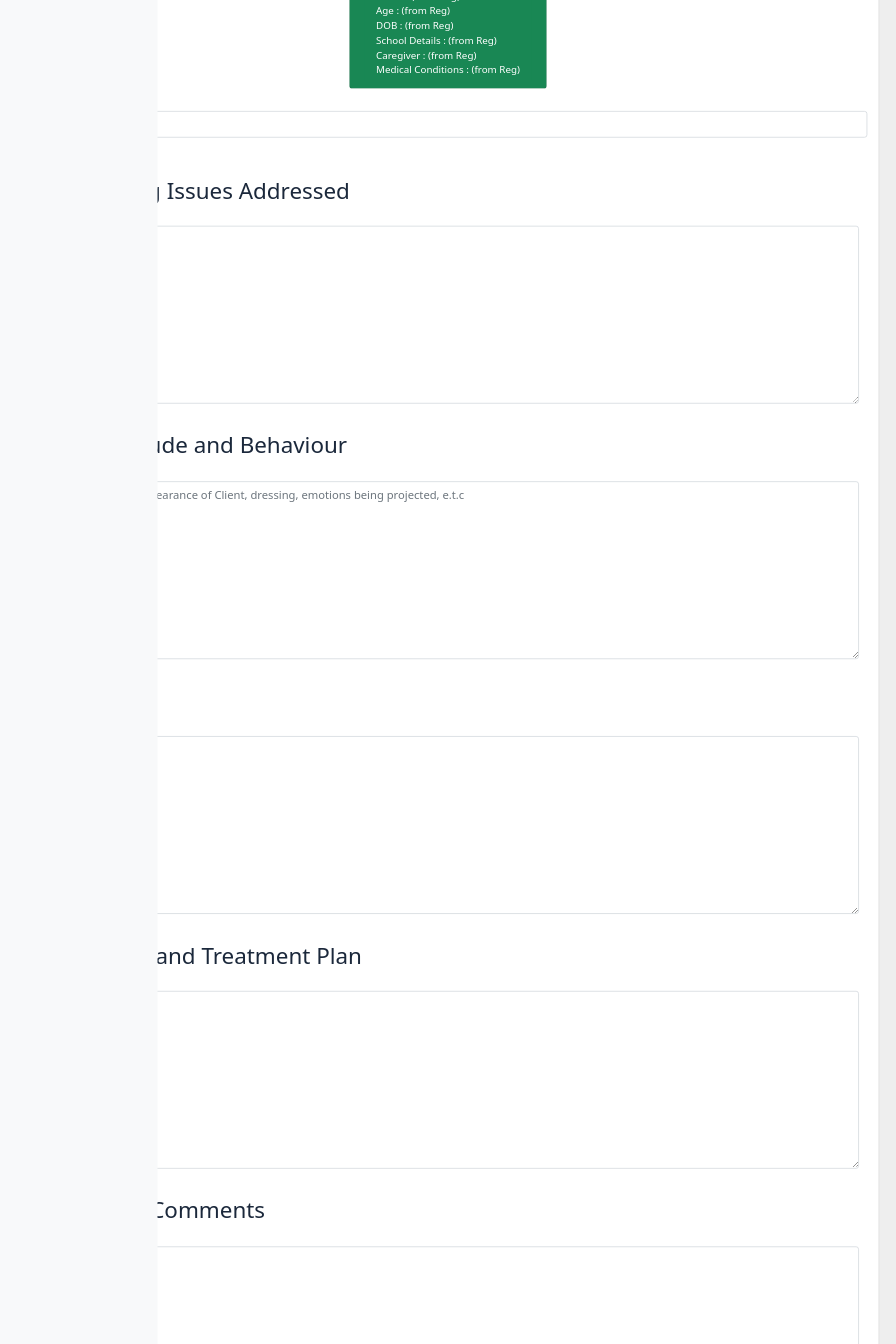
Repository: SRFtech/mis-designs
Page: counselling.html
The author's editor kept a copy of each file at every save. The page is drawn from the files as they stood at one save, then again after a run of saves.
The browser window is 1280 px wide. The pictures show the part of the page from y = 672 to 2592 px (the page is 3053 px tall before and 3045 px after), at 70% of full size.

Above is the page before, as saved 2022-04-10 22:24:02.

### counselling.html
<!DOCTYPE html>
<html lang="en">
    <head>
        <meta charset="utf-8" />
        <meta http-equiv="X-UA-Compatible" content="IE=edge" />
        <meta name="viewport" content="width=device-width, initial-scale=1, shrink-to-fit=no" />
        <meta name="description" content="" />
        <meta name="author" content="" />
        <title>Family Assessment SRF-MIS</title>
        <link href="css/styles.css" rel="stylesheet" />
        <script src="https://cdnjs.cloudflare.com/ajax/libs/font-awesome/5.15.3/js/all.min.js" crossorigin="anonymous"></script>
    </head>
    <body>
        <nav class="sb-topnav navbar navbar-expand navbar-light bg-light">
            <!-- Navbar Brand-->
            <a class="navbar-brand ps-3" href="index.html">
                <img src="/assets/img/logo.png"/>
            </a>
            <!-- Sidebar Toggle-->
            <button class="btn btn-link btn-sm order-1 order-lg-0 me-4 me-lg-0" id="sidebarToggle" href="#!"><i class="fas fa-bars"></i></button>
            <!-- Navbar Search-->
            <form class="d-none d-md-inline-block form-inline ms-auto me-0 me-md-3 my-2 my-md-0">
                <div class="input-group">
                    <input class="form-control" type="text" placeholder="Search for..." aria-label="Search for..." aria-describedby="btnNavbarSearch" />
                    <button class="btn btn-success" id="btnNavbarSearch" type="button"><i class="fas fa-search"></i></button>
                </div>
            </form>
            <!-- Navbar-->
            <ul class="navbar-nav ml-auto nav-flex-icons">
                <li class="nav-item avatar dropdown">
                    <a class="nav-link dropdown-toggle waves-effect waves-light" id="navbarDropdownMenuLink-5" role="button" data-bs-toggle="dropdown" data-toggle="dropdown" aria-haspopup="true" aria-expanded="true">
                    <span class="badge badge-danger ml-2">4</span>
                    <i class="fas fa-bell"></i>
                    </a>
                    <div class="dropdown-menu dropdown-menu-end dropdown-secondary" aria-labelledby="navbarDropdownMenuLink-5">
                        <a class="dropdown-item waves-effect waves-light" href="#">Messages <span class="badge badge-danger ml-2">4</span></a>
                        <a class="dropdown-item waves-effect waves-light" href="#">Counselling sessions due<span class="badge badge-danger ml-2">1</span></a>
                        <a class="dropdown-item waves-effect waves-light" href="#">Home visits due <span class="badge badge-danger ml-2">4</span></a>
                    </div>
                </li>
            </ul>
            <ul class="navbar-nav ms-auto ms-md-0 me-3 me-lg-4">
                <li class="nav-item dropdown">
                    <a class="nav-link dropdown-toggle" id="navbarDropdown" href="#" role="button" data-bs-toggle="dropdown" aria-expanded="false"><i class="fas fa-user fa-fw"></i></a>
                    <ul class="dropdown-menu dropdown-menu-end" aria-labelledby="navbarDropdown">
                        <li><a class="dropdown-item" href="#!">Settings</a></li>
                        <li><a class="dropdown-item" href="#!">Activity Log</a></li>
                        <li><hr class="dropdown-divider" /></li>
                        <li><a class="dropdown-item" href="#!">Logout</a></li>
                    </ul>
                </li>
            </ul>
        </nav>
        <div id="layoutSidenav">
            <div id="layoutSidenav_nav">
                <nav class="sb-sidenav accordion sb-sidenav-light" id="sidenavAccordion">
                    <div class="sb-sidenav-menu">
                        <div class="nav">
                            <div class="sb-sidenav-menu-heading">Core</div>
                            <a class="nav-link" href="index.html">
                                <div class="sb-nav-link-icon"><i class="fas fa-tachometer-alt"></i></div>
                                Dashboard
                            </a>
                            <div class="sb-sidenav-menu-heading">Interface</div>
                            <a class="nav-link collapsed" href="#" data-bs-toggle="collapse" data-bs-target="#collapsePages" aria-expanded="false" aria-controls="collapsePages">
                                <div class="sb-nav-link-icon"><i class="fas fa-book-open"></i></div>
                                Pages
                                <div class="sb-sidenav-collapse-arrow"><i class="fas fa-angle-down"></i></div>
                            </a>
                            <div class="collapse" id="collapsePages" aria-labelledby="headingTwo" data-bs-parent="#sidenavAccordion">
                                <nav class="sb-sidenav-menu-nested nav accordion" id="sidenavAccordionPages">
                                    <a class="nav-link collapsed" href="#" data-bs-toggle="collapse" data-bs-target="#pagesCollapseAuth" aria-expanded="false" aria-controls="pagesCollapseAuth">
                                        Authentication
                                        <div class="sb-sidenav-collapse-arrow"><i class="fas fa-angle-down"></i></div>
                                    </a>
                                    <div class="collapse" id="pagesCollapseAuth" aria-labelledby="headingOne" data-bs-parent="#sidenavAccordionPages">
                                        <nav class="sb-sidenav-menu-nested nav">
                                            <a class="nav-link" href="login.html">Login</a>
                                            <a class="nav-link" href="register.html">Register</a>
                                            <a class="nav-link" href="password.html">Forgot Password</a>
                                        </nav>
                                    </div>
                                    <a class="nav-link collapsed" href="#" data-bs-toggle="collapse" data-bs-target="#pagesCollapseError" aria-expanded="false" aria-controls="pagesCollapseError">
                                        Forms
                                        <div class="sb-sidenav-collapse-arrow"><i class="fas fa-angle-down"></i></div>
                                    </a>
                                    <div class="collapse" id="pagesCollapseError" aria-labelledby="headingOne" data-bs-parent="#sidenavAccordionPages">
                                        <nav class="sb-sidenav-menu-nested nav">
                                            <a class="nav-link" href="registration.html">Registration</a>
                                            <!-- <a class="nav-link" href="player-profile.html">Player profile</a> -->

                                        </nav>
                                    </div>
                                    <a class="nav-link collapsed" href="#" data-bs-toggle="collapse" data-bs-target="#pagesCollapseError" aria-expanded="false" aria-controls="pagesCollapseError">
                                        Error
                                        <div class="sb-sidenav-collapse-arrow"><i class="fas fa-angle-down"></i></div>
                                    </a>
                                    <div class="collapse" id="pagesCollapseError17" aria-labelledby="headingOne" data-bs-parent="#sidenavAccordionPages">
                                        <nav class="sb-sidenav-menu-nested nav">
                                            <a class="nav-link" href="401.html">401 Page</a>
                                            <a class="nav-link" href="404.html">404 Page</a>
                                            <a class="nav-link" href="500.html">500 Page</a>
                                        </nav>
                                    </div>
                                </nav>
                            </div>
                            <div class="sb-sidenav-menu-heading">Data View Options</div>
                            <a class="nav-link" href="charts.html">
                                <div class="sb-nav-link-icon"><i class="fas fa-chart-area"></i></div>
                                Charts
                            </a>
                            <a class="nav-link" href="tables.html">
                                <div class="sb-nav-link-icon"><i class="fas fa-table"></i></div>
                                Tables
                            </a>
                        </div>
                    </div>
                    <div class="sb-sidenav-footer">
                        <div class="small">Logged in as:</div>
                        Admin
                    </div>
                </nav>
            </div>
            <div id="layoutSidenav_content">
                <main>
                    <div class="container-fluid px-4">
                        <h1 class="mt-4">Family Assessment</h1>
                        <ol class="breadcrumb mb-4">
                            <li class="breadcrumb-item"><a href="index.html">Dashboard</a></li>
                            <li class="breadcrumb-item active">Family Assessment Form</li>
                        </ol>
                        <div class="card mb-4">
                            <div class="card-body">
                                <p class="mb-0">
                                    <ul class="nav nav-pills mb-3" id="pills-tab" role="tablist">
                                        <li class="nav-item">
                                            <a class="nav-link" id="pills-bio-data-tab" data-toggle="pill" href="registration.html" role="tab" aria-controls="pills-bio-data" aria-selected="false">Bio Data</a>
                                        </li>
                                        <li class="nav-item">
                                            <a class="nav-link" id="pills-visits-tab" data-toggle="pill" href="home-visits.html" role="tab" aria-controls="pills-home-visits" aria-selected="false">Home Visits</a>
                                        </li>
                                        <li class="nav-item">
                                            <a class="nav-link" id="pills-rugby-tab" data-toggle="pill" href="rugby.html" role="tab" aria-controls="pills-rugby" aria-selected="false">Rugby</a>
                                        </li>
                                        <li class="nav-item">
                                            <a class="nav-link" id="pills-education-tab" data-toggle="pill" href="education.html" role="tab" aria-controls="pills-education" aria-selected="false">Education</a>
                                        </li>
                                        <li class="nav-item">
                                            <a class="nav-link" id="life-skills.html-tab" data-toggle="pill" href="life-skills.html" role="tab" aria-controls="life-skills.html" aria-selected="false">Life Skills</a>
                                        </li>
                                        <li class="nav-item">
                                            <a class="nav-link active" id="pills-counselling-tab" data-toggle="pill" href="counselling.html" role="tab" aria-controls="pills-counselling" aria-selected="true">Counselling</a>
                                        </li>
                                        <li class="nav-item">
                                            <a class="nav-link" id="class8-visits-tab" data-toggle="pill" href="class8-visits.html" role="tab" aria-controls="class8-visits" aria-selected="false">Class 8 Visits</a>
                                        </li>
                                    </ul>
                                    <div class="tab-content" id="pills-tabContent">
                                        <div class="tab-pane fade show active" id="pills-bio-data" role="tabpanel" aria-labelledby="pills-bio-data-tab">
                                            <div class="form mt-5">
                                                <form>
                                                    <div class="form-group row pb-3">
                                                        <label for="date" class="col-sm-3 col-form-label">Date</label>
                                                        <div class="col-sm-4">
                                                            <input type="date" class="form-control" id="date" placeholder="">
                                                        </div>
                                                    </div>
                                                    <div class="form-group row pb-3">
                                                        <label for="date" class="col-sm-3 col-form-label">Time</label>
                                                        <div class="col-sm-4">
                                                            <input type="time" class="form-control" id="time" placeholder="">
                                                        </div>
                                                    </div>
                                                    <div class="row pb-2 pt-2 justify-content-center align-items-center">
                                                            <div class="col-xl-3 col-sm-6">
                                                                <div class="card bg-success text-white mb-2">
                                                                    <div class=" image d-flex flex-column justify-content-center align-items-center">
                                                                        <div class="card-body bg-success">Beneficiary K_234</div>
                                                                        <div class="card-body col-md-6 mb-4">
                                                                            <img class="rounded-circle"  alt="girl photo" src="/assets/img/girl-profile.png"/>
                                                                        </div>
                                                                        <div class="card-footer bg-success mb-2">
                                                                            <div class="small text-white" href="#">
                                                                                    Name : (from Reg) <br>
                                                                                    Age : (from Reg) <br>
                                                                                    DOB : (from Reg) <br>
                                                                                    School Details : (from Reg) <br>
                                                                                    Caregiver : (from Reg) <br>
                                                                                    Medical Conditions : (from Reg) <br>
                                                                            </div>
                                                                        </div>
                                                                    </div>
                                                                </div>
                                                            </div>
                                                            <div class="form-group pb-4">
                                                                <label for="formControlSelect2">Client</label>
                                                                <select class="form-control" id="formControlSelect2">
                                                                    <option>Father</option>
                                                                    <option>Mother</option>
                                                                    <option>Guardian</option>
                                                                </select>
                                                            </div>
                                                            <div class="row pb-2 pt-2">
                                                                <h2 class="mt-4">Counselling Issues Addressed</h2>
                                                                <div class="form-group">
                                                                    <label for="formControlTextarea1">Notes</label>
                                                                    <textarea class="form-control" id="formControlTextarea1" rows="10"></textarea>
                                                                </div>
                                                            </div>
                                                            <div class="row pb-2 pt-2">
                                                                <h2 class="mt-4">Client Attitude and Behaviour</h2>
                                                                <div class="form-group">
                                                                    <label for="formControlTextarea2">Notes</label>
                                                                    <textarea class="form-control" id="formControlTextarea2" rows="10" placeholder="Observe general appearance of Client, dressing, emotions being projected, e.t.c"></textarea>
                                                                </div>
                                                            </div>
                                                            <div class="row pb-2 pt-2">
                                                                <h2 class="mt-4">Challenges</h2>
                                                                <div class="form-group">
                                                                    <label for="formControlTextarea3">Notes</label>
                                                                    <textarea class="form-control" id="formControlTextarea3" rows="10"></textarea>
                                                                </div>
                                                            </div>
                                                            <div class="row pb-2 pt-2">
                                                                <h2 class="mt-4">Next Steps and Treatment Plan</h2>
                                                                <div class="form-group">
                                                                    <label for="formControlTextarea4">Notes</label>
                                                                    <textarea class="form-control" id="formControlTextarea4" rows="10"></textarea>
                                                                </div>
                                                            </div>
                                                            <div class="row pb-2 pt-2">
                                                                <h2 class="mt-4">Additional Comments</h2>
                                                                <div class="form-group">
                                                                    <label for="formControlTextarea5">Notes</label>
                                                                    <textarea class="form-control" id="formControlTextarea5" rows="10"></textarea>
                                                                </div>
                                                            </div>
                                                </form>
                                            </div>
                                        </div>
                                    </div>
                                </p>
                            </div>
                            <div class="card mb-4">
                                <div class="card-body">
                                    <div class="form-group row pb-3">
                                                            <label for="date" class="col-sm-3 col-form-label">Next Date</label>
                                                            <div class="col-sm-4">
                                                                <input type="date" class="form-control" id="date" placeholder="">
                                                            </div>
                                                        </div>
                                                        <div class="form-group row pb-3">
                                                            <label for="date" class="col-sm-3 col-form-label">Next Time</label>
                                                            <div class="col-sm-4">
                                                                <input type="time" class="form-control" id="time" placeholder="">
                                                            </div>
                                                        </div>
                                    <div class="form-group row pt-2">
                                        <div class="col-sm-10">
                                            <button type="submit" class="btn btn-success">Schedule Session</button>
                                        </div>
                                    </div>
                                </div>
                            </div>
                        </div>
                    </div>
                </main>
                <footer class="py-4 bg-light mt-auto">
                    <div class="container-fluid px-4">
                        <div class="d-flex align-items-center justify-content-between small">
                            <div class="text-muted">Copyright &copy; SRF 2022</div>
                            <div>
                                <a href="#">Privacy Policy</a>
                                &middot;
                                <a href="#">Terms &amp; Conditions</a>
                            </div>
                        </div>
                    </div>
                </footer>
            </div>
        </div>
        <script src="https://cdn.jsdelivr.net/npm/bootstrap@5.1.3/dist/js/bootstrap.bundle.min.js" crossorigin="anonymous"></script>
        <script src="js/scripts.js"></script>
    </body>
</html>

Loaded but not shown: css/styles.css (library); js/scripts.js (26 lines, source omitted)

After the next 2 saves:
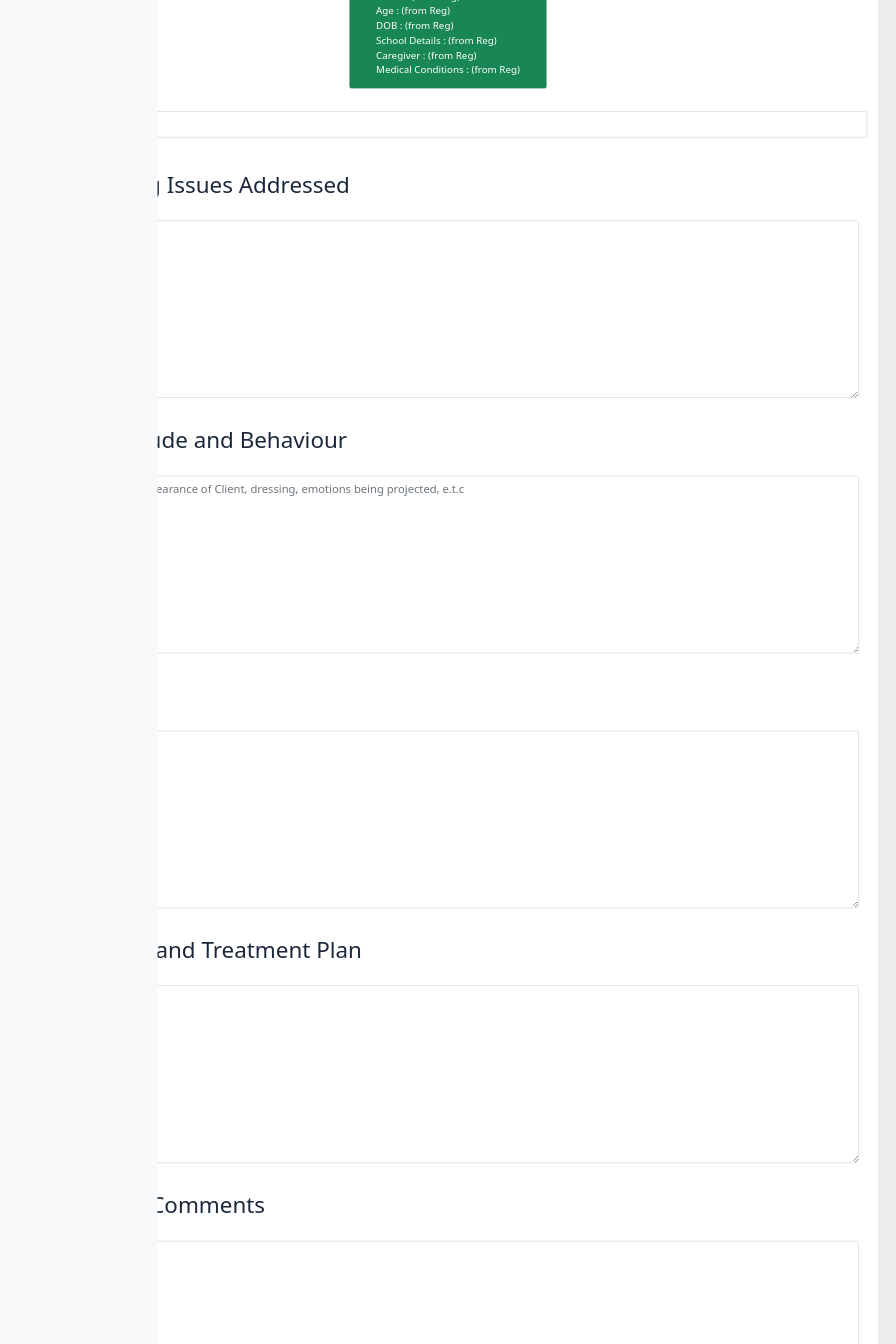
The 2 saves are shown as one change because they came seconds apart.
The last was saved 35 s later.
--- a/counselling.html
+++ b/counselling.html
@@ -192,7 +192,7 @@
                                                                     </div>
                                                                 </div>
                                                             </div>
-                                                            <div class="form-group pb-4">
+                                                            <div class="form-group row pb-3">
                                                                 <label for="formControlSelect2">Client</label>
                                                                 <select class="form-control" id="formControlSelect2">
                                                                     <option>Father</option>
